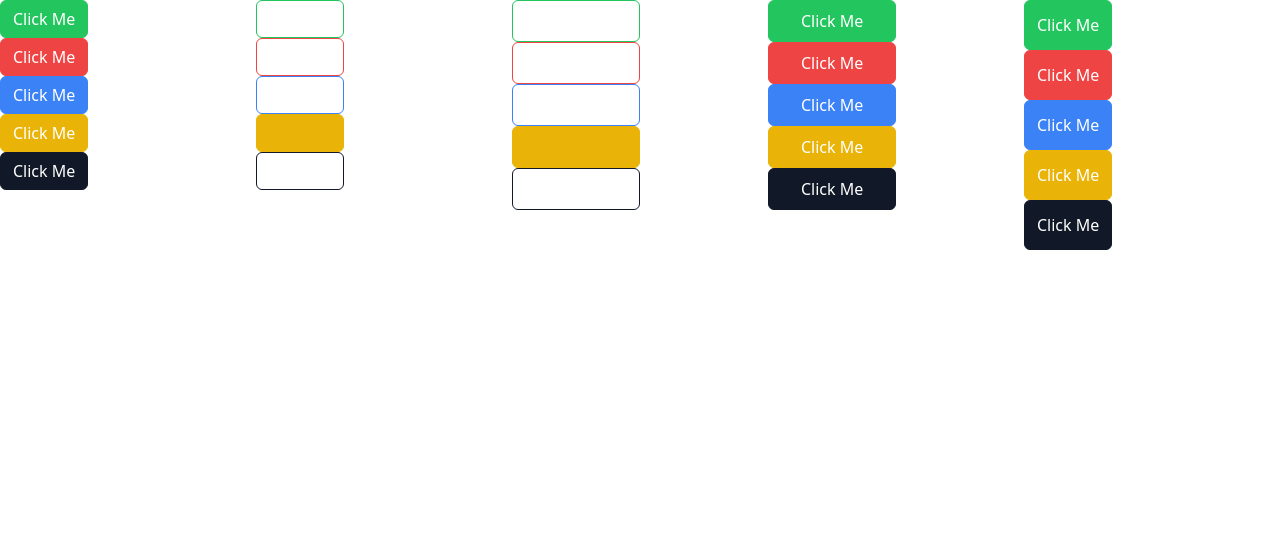
Repository: Marhamat92/reactroutefromstephen
Page: /
These files come from the project's save history. The page is drawn as it stood at one moment and after the next save; the edit follows.
The browser window is 1280 px wide. The pictures show the whole page.
The project was rebuilt for these pictures with package versions that can differ from the ones it lists, and the page was loaded fresh each time. Also part of the build but not shown: src/App.css.

Above is the page before, as saved 2022-12-21 15:34:14.

### src/App.tsx
import React from "react";
import "./App.css";
import Button from "./components/Buttons/Button";

function App() {
  return (
    <div>
      <div className='grid grid-cols-5'>
        <div className='lg:col-span-1'>
          <Button rounded success>
            Click Me
          </Button>
          <Button rounded danger>
            Click Me
          </Button>
          <Button rounded primary>
            Click Me
          </Button>
          <Button rounded warning>
            Click Me
          </Button>
          <Button rounded secondary>
            Click Me
          </Button>
        </div>
        <div className='lg:col-span-1'>
          <Button outline rounded success>
            Click Me
          </Button>
          <Button outline rounded danger>
            Click Me
          </Button>
          <Button outline rounded primary>
            Click Me
          </Button>
          <Button outline rounded warning>
            Click Me
          </Button>
          <Button outline rounded secondary>
            Click Me
          </Button>
        </div>
        <div className='lg:col-span-1'>
          <Button medium outline rounded success>
            Click Me
          </Button>
          <Button medium outline rounded danger>
            Click Me
          </Button>
          <Button medium outline rounded primary>
            Click Me
          </Button>
          <Button medium outline rounded warning>
            Click Me
          </Button>
          <Button medium outline rounded secondary>
            Click Me
          </Button>
        </div>
        <div className='lg:col-span-1'>
          <Button medium rounded success>
            Click Me
          </Button>
          <Button medium rounded danger>
            Click Me
          </Button>
          <Button medium rounded primary>
            Click Me
          </Button>
          <Button medium rounded warning>
            Click Me
          </Button>
          <Button medium rounded secondary>
            Click Me
          </Button>
        </div>
        <div className='lg:col-span-1'>
          <Button large rounded success>
            Click Me
          </Button>
          <Button large rounded danger>
            Click Me
          </Button>
          <Button large rounded primary>
            Click Me
          </Button>
          <Button large rounded warning>
            Click Me
          </Button>
          <Button large rounded secondary>
            Click Me
          </Button>
        </div>
      </div>
    </div>
  );
}

export default App;

### src/components/Buttons/Button.tsx
import React from "react";
import className from "classnames";

type Props = {
  children: React.ReactNode;
  primary?: boolean;
  secondary?: boolean;
  success?: boolean;
  danger?: boolean;
  warning?: boolean;
  rounded?: boolean;
  outline?: boolean;
  className?: string;
  medium?: boolean;
  large?: boolean;
  rest?: any;
};

function Button({
  children,
  primary,
  secondary,
  success,
  danger,
  warning,
  rounded,
  outline,
  medium,
  large,
  ...rest
}: Props) {
  const classes = className(
    rest.className,
    "flex items-center px-3 py-1.5 border",
    {
      "border-blue-500 bg-blue-500 text-white": primary,
      "border-gray-900 bg-gray-900 text-white": secondary,
      "border-green-500 bg-green-500 text-white": success,
      "border-red-500 bg-red-500 text-white": danger,
      "border-yellow-500 bg-yellow-500 text-white": warning,
      "px-8 py-2": medium,
      "px-12 py-3": large,
      "rounded-md": rounded,
      "bg-white": outline,
      "text-blue-500": outline && primary,
      "text-gray-900": outline && secondary,
      "text-green-500": outline && success,
      "text-red-600": outline && danger,
      "text-yellow-500": outline && warning,
    }
  );

  return (
    <button {...rest} className={classes}>
      {children}
    </button>
  );
}

export default Button;

Loaded but not shown: public/index.html (common file); src/index.tsx (common file); src/index.css (common file); tailwind.config.js (common file)

After the next save:
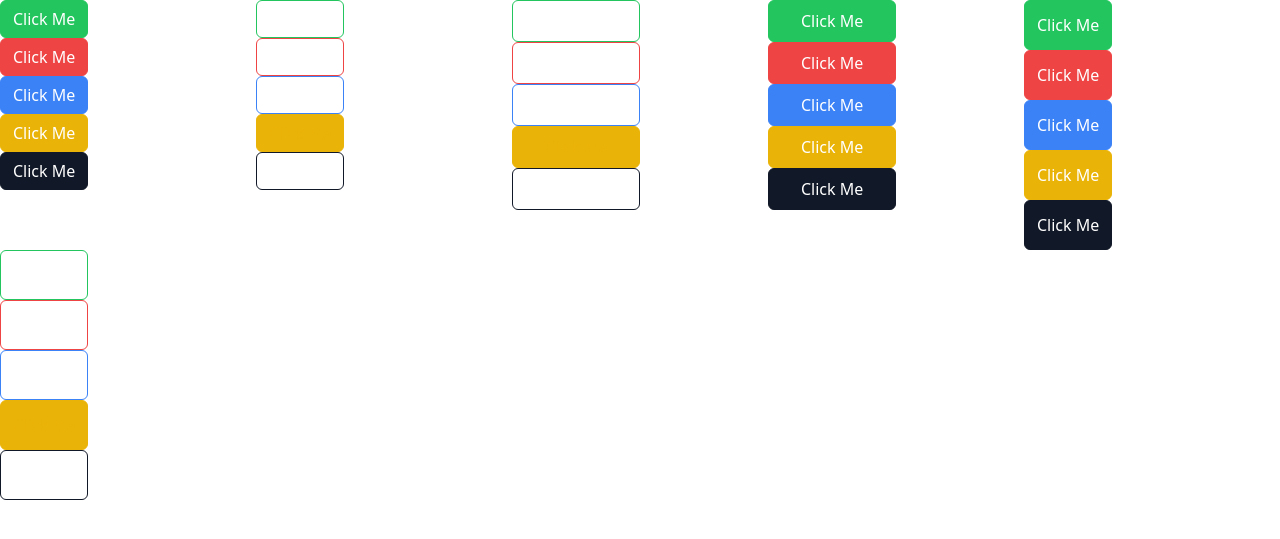
Saved 81 s later.
--- a/src/App.tsx
+++ b/src/App.tsx
@@ -91,6 +91,23 @@ function App() {
             Click Me
           </Button>
         </div>
+        <div className='lg:col-span-1'>
+          <Button large rounded success outline>
+            Click Me
+          </Button>
+          <Button large rounded danger outline>
+            Click Me
+          </Button>
+          <Button large rounded primary outline>
+            Click Me
+          </Button>
+          <Button large rounded warning outline>
+            Click Me
+          </Button>
+          <Button large rounded secondary outline>
+            Click Me
+          </Button>
+        </div>
       </div>
     </div>
   );
